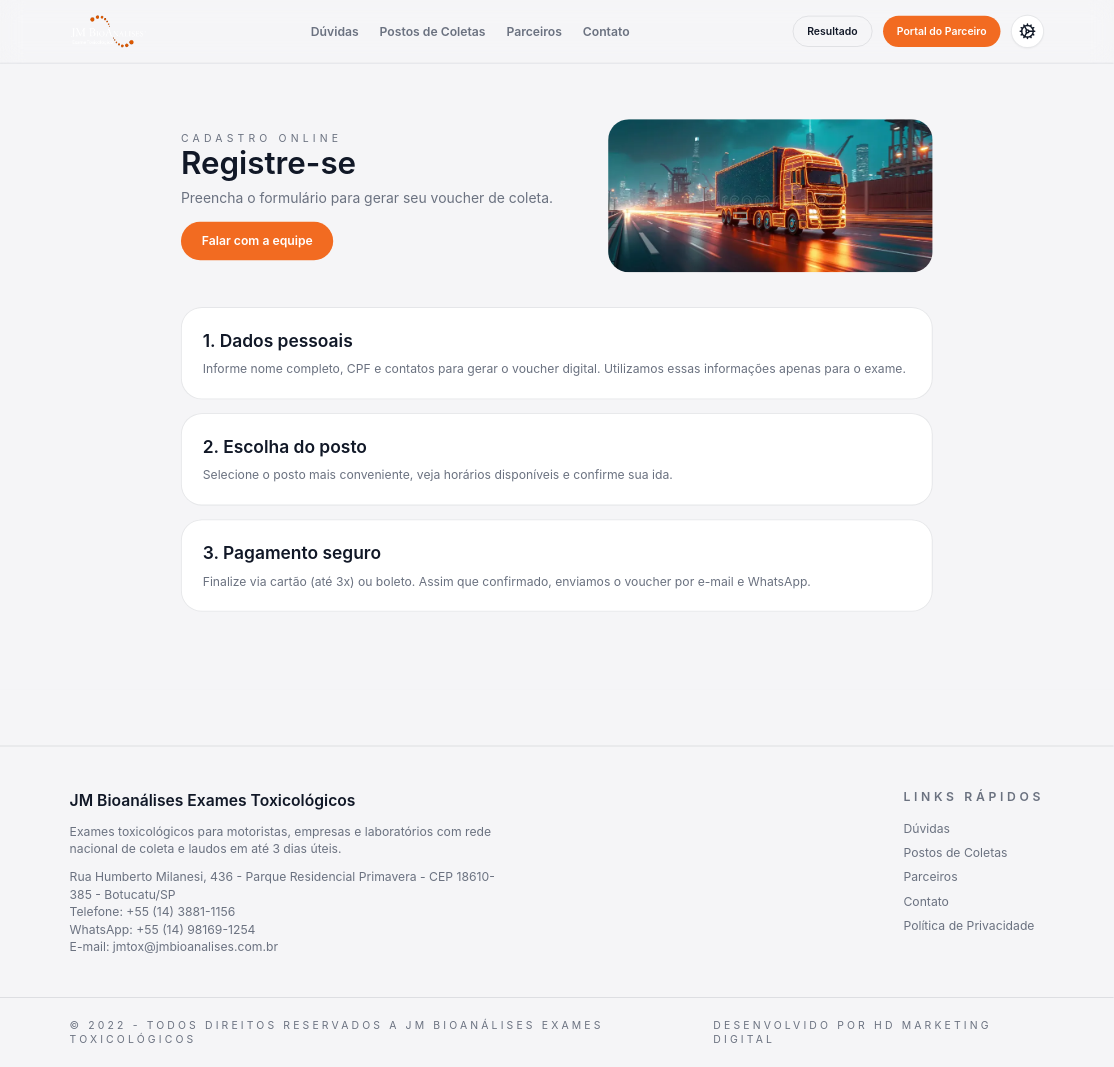
Repository: 1xLab/cat1
Page: /registre-se
These files come from the project's save history. The page is drawn as it stood at one moment and after the next save; the edit follows.
The browser window is 1280 px wide. The pictures show the whole page, at 87% of full size.
The page's requests for data from a server got no answer. The project was rebuilt for these pictures with package versions that can differ from the ones it lists, and the page was loaded fresh each time. The framework's server and built-in components were replaced by stand-ins that run in the browser. No one was signed in, and anything a server would have sent is missing. Also part of the build but not shown: next.config.ts.

Above is the page before, as saved 2025-11-19 21:18:40.

After the next save:
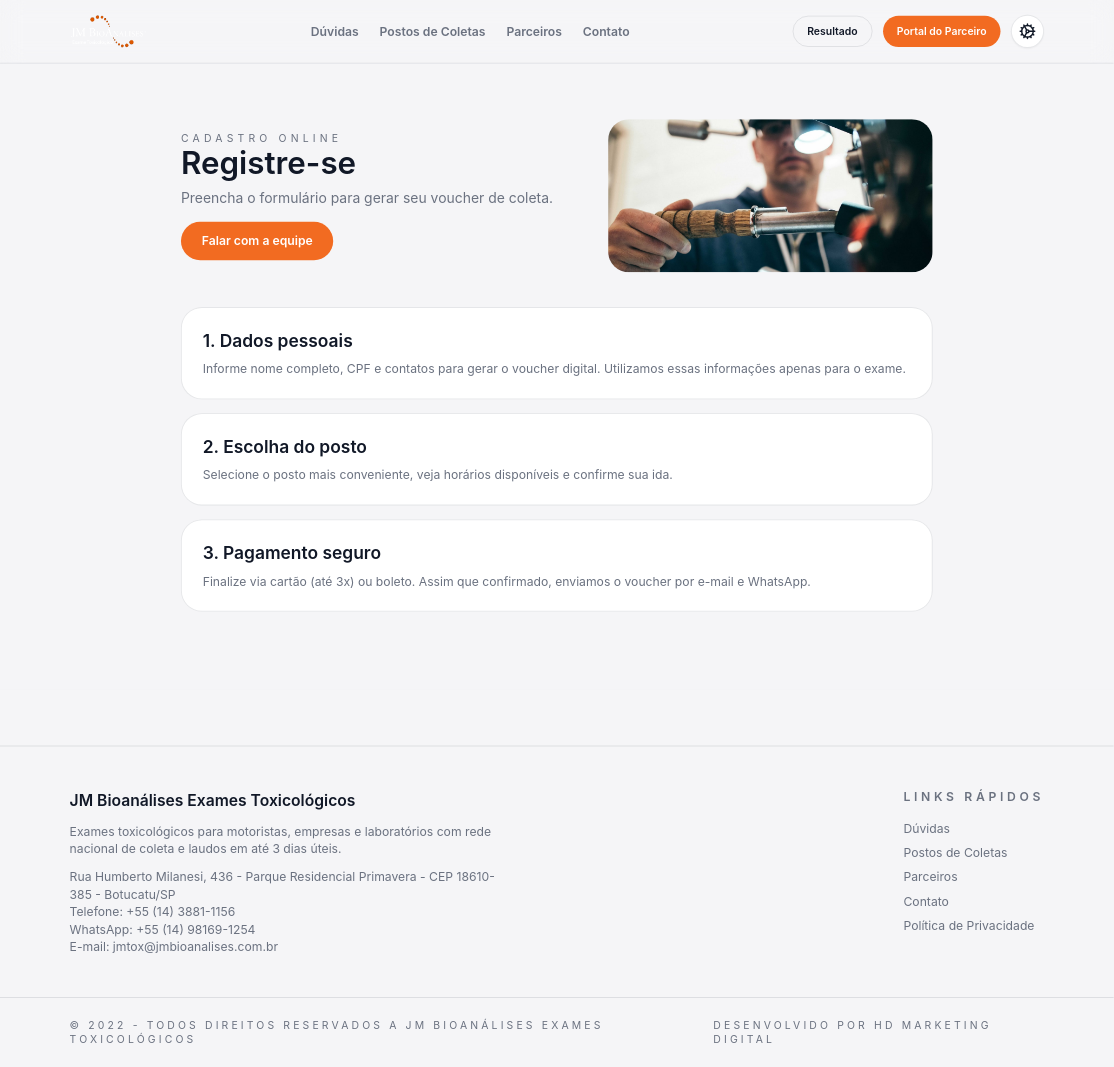
Saved 68 s later.
--- a/src/app/registre-se/page.tsx
+++ b/src/app/registre-se/page.tsx
@@ -21,7 +21,7 @@ export const metadata: Metadata = {
   title: "Registre-se | JM Tox",
 };
 
-const illustration = "/imagens/caminhao1.jpg";
+const illustration = "/imagens/illustration-registre.jpg";
 
 export default function RegistrePage() {
   return (
